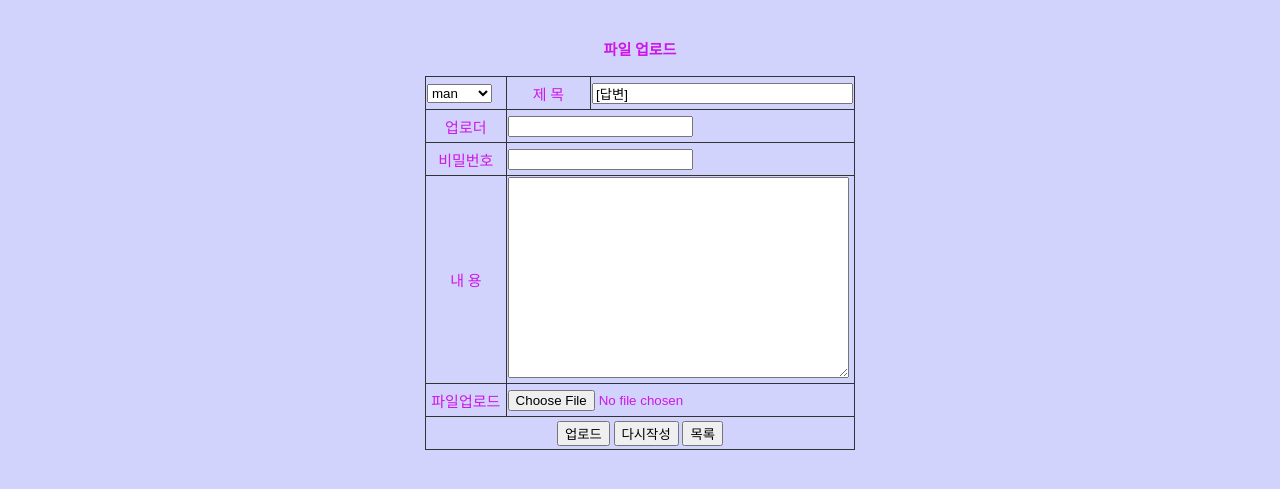
Repository: LouisKisaragi/BB-Bank
Page: http://localhost/FUBoard/board/writeForm.jsp
An editor plug-in stored every save of this project. The page is shown before and after the next save, followed by the edit.
The browser window is 1280 px wide. The pictures show the whole page.
The page is served by Tomcat 9.

Above is the page before, as saved 2017-11-10 04:46:10.

After the next save:
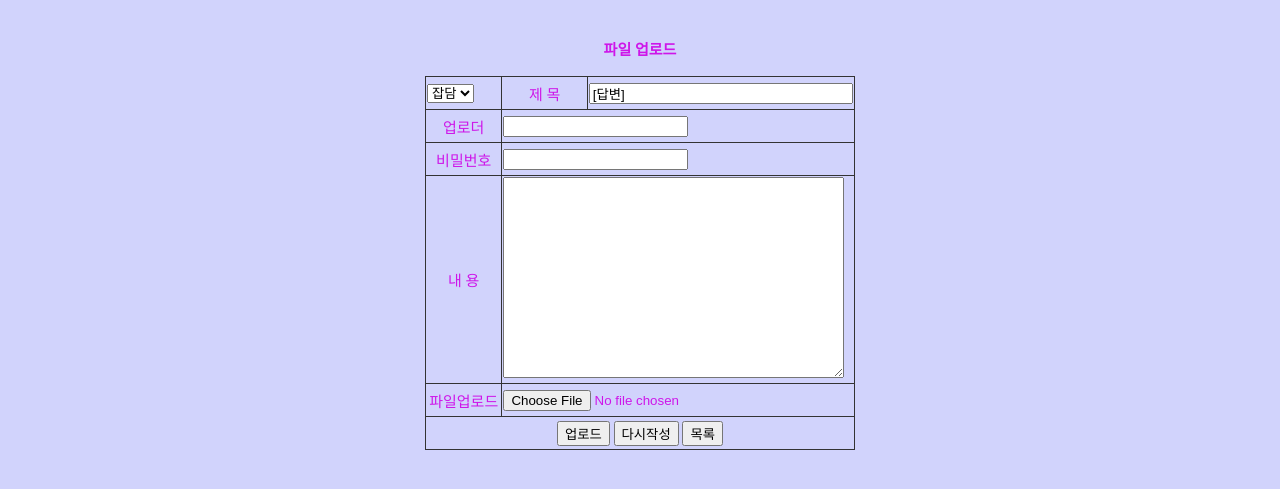
Saved 6 s later.
--- a/workspace/FUBoard/WebContent/board/writeForm.jsp
+++ b/workspace/FUBoard/WebContent/board/writeForm.jsp
@@ -25,8 +25,8 @@
 		<tr>
 			<td>
 				<select name="preface">
-					<option value="잡담">man</option>
-					<option value="질문">woman</option>
+					<option value="잡담">잡담</option>
+					<option value="질문">질문</option>
 				</select>
 			</td>
 			<td class="attr">제  목</td>
